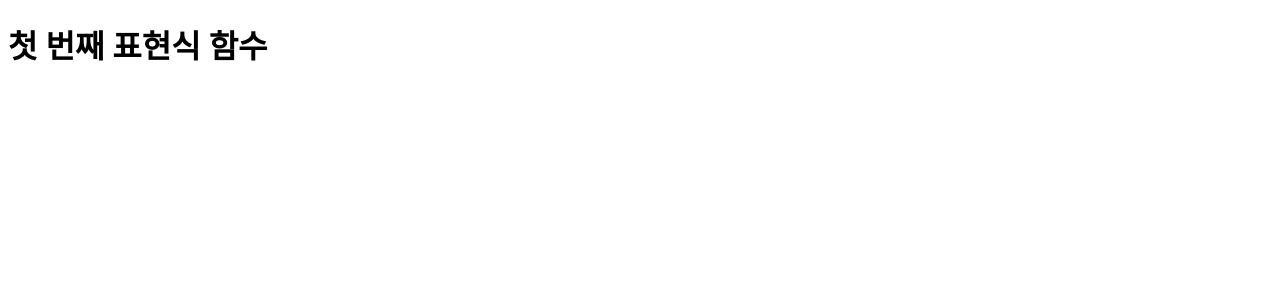
Repository: Dalso13/workspace
Page: workspace_web/chapter03_javascript/WebContent/04_함수/Ex04_표현식함수.html
These files come from the project's save history. The page is drawn as it stood at one moment and after the next save; the edit follows.
The browser window is 1280 px wide. The pictures show the whole page.

Above is the page before, as saved 2023-05-10 03:09:58.

### workspace_web/chapter03_javascript/WebContent/04_함수/Ex04_표현식함수.html
<!DOCTYPE html>
<html>
<head>
<meta charset="UTF-8">
<title>Insert title here</title>
<script type="text/javascript">
	/*
		표현식 함수 ( 함수 표현식, 익명 함수 )

		1. 이름이 없는 함수
		2. 표현식 함수는 "변수" 에 저장한 뒤에 호출
	*/

	let view = function() {
		document.write("<h1>첫 번째 표현식 함수</h1>")
	}

	view();

</script>
</head>
<body>

</body>
</html>

After the next save:
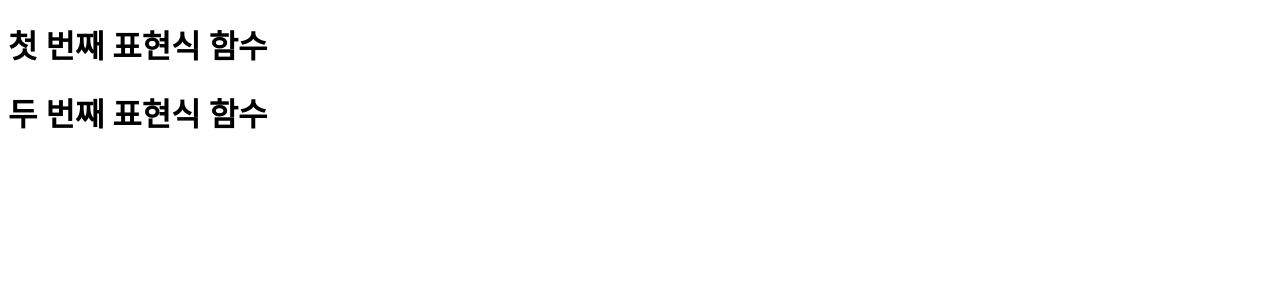
Saved 4 min 27 s later.
--- a/workspace_web/chapter03_javascript/WebContent/04_함수/Ex04_표현식함수.html
+++ b/workspace_web/chapter03_javascript/WebContent/04_함수/Ex04_표현식함수.html
@@ -17,6 +17,12 @@
 
 	view();
 
+	let view2 = function() {
+		document.write("<h1>두 번째 표현식 함수</h1>")
+	}
+
+	view2();
+
 </script>
 </head>
 <body>

After the save that followed:
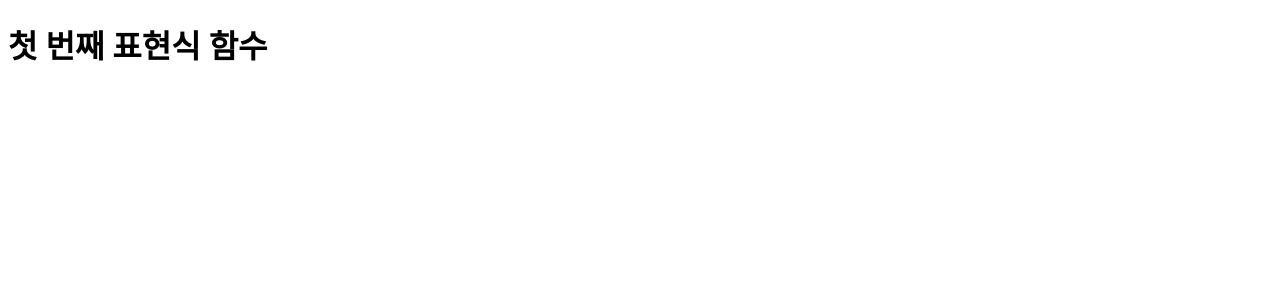
Console error: ReferenceError: Cannot access 'view2' before initialization
Saved 4 s later.
--- a/workspace_web/chapter03_javascript/WebContent/04_함수/Ex04_표현식함수.html
+++ b/workspace_web/chapter03_javascript/WebContent/04_함수/Ex04_표현식함수.html
@@ -17,11 +17,12 @@
 
 	view();
 
+	view2();
+
 	let view2 = function() {
 		document.write("<h1>두 번째 표현식 함수</h1>")
 	}
 
-	view2();
 
 </script>
 </head>
